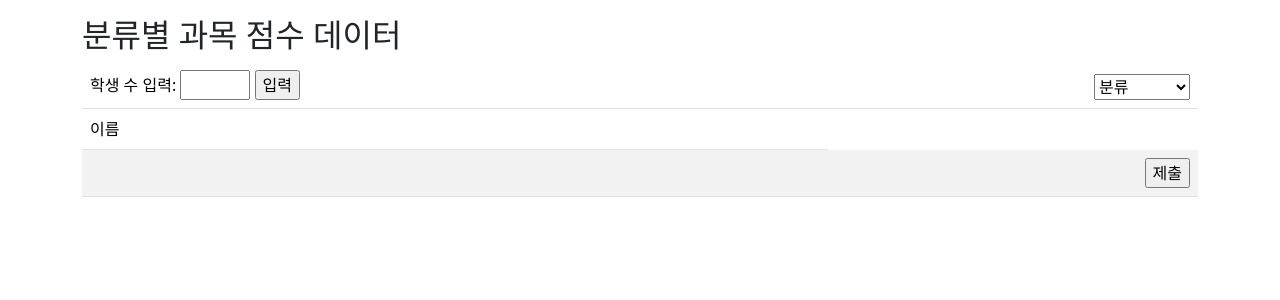
Repository: pshho/newJspProject
Page: http://localhost/JspProj/hwProject/categories
These files come from the project's save history. The page is drawn as it stood at one moment and after the next save; the edit follows.
The browser window is 1280 px wide. The pictures show the whole page.
The page is served by Tomcat 9. Other server files are loaded and not shown.

Above is the page before, as saved 2023-08-01 06:22:48.

### JspProj/src/main/webapp/hwProject/categories.jsp
<%@page import="java.util.Random"%>
<%@ page language="java" contentType="text/html; charset=UTF-8"
    pageEncoding="UTF-8"%>
<%@ taglib uri="http://java.sun.com/jsp/jstl/core" prefix="c" %>
<%@ taglib uri="http://java.sun.com/jsp/jstl/functions" prefix="fn" %>
<!-- 랜덤 점수 데이터 생성자 -->
<%! Random rd = new Random(); %>
<!DOCTYPE html>
<html>
<head>
<meta charset="UTF-8">
<title>분류별 과목 점수 데이터</title>
<link href="https://cdn.jsdelivr.net/npm/bootstrap@5.3.1/dist/css/bootstrap.min.css"
rel="stylesheet"
integrity="sha384-4bw+/aepP/YC94hEpVNVgiZdgIC5+VKNBQNGCHeKRQN+PtmoHDEXuppvnDJzQIu9"
crossorigin="anonymous">
<script src="https://cdn.jsdelivr.net/npm/bootstrap@5.3.1/dist/js/bootstrap.bundle.min.js"
integrity="sha384-HwwvtgBNo3bZJJLYd8oVXjrBZt8cqVSpeBNS5n7C8IVInixGAoxmnlMuBnhbgrkm"
crossorigin="anonymous"></script>
<script type="text/javascript">
	function categoriesChange(){
		let form = document.dataSet;
		let sel = form.sel.value;
		form.action="?";
		if(sel != '분류'){
			form.submit();
		}
	}
</script>
</head>
<body>
	<div class="container my-3">
		<h2>분류별 과목 점수 데이터</h2>
		<form action="/JspProj/hwProject/categoriesProcess" name="dataSet">
			<input type="hidden" name="selDis" value="등수"> <!-- 결과 출력 페이지에서 보일 정렬의 기본값 -->
			<table class="table table-striped">
				<thead>
					<tr>
						<!-- 학생 수 입력 받는 열 -->
						<td>
							<label for="namesCount">학생 수 입력: </label>
							<input type="number" name="namesCount" value="${ nameCount }" style="width: 70px;">
							<input type="submit" value="입력" onclick="categoriesChange()">
						</td>
						<!-- 카테고리 선택 -->
						<td colspan="${ fn:length(distinct) }" align="right">
							<select name="sel" onchange="categoriesChange()">
								<!-- 카테고리 목록 배열로 자신의 선택을 알게 함 -->
								<c:forEach items="${ categories }" var="category">
									<option <c:if test="${ category eq sel }" >selected</c:if>>${ category }</option>
								</c:forEach>
							</select>
						</td>
					</tr>
					<tr>
						<td>이름</td>
						<!-- 해당 카테고리의 과목 수에 따라 달라질 제목 수와 값 -->
						<c:forEach var="dis" items="${ distinct }">
							<td><input type="hidden" value="${ dis }" name="distinct">${ dis }</td>
						</c:forEach>
					</tr>
				</thead>
				<tbody>
					<!-- 랜덤 이름 데이터 for문으로 이름 수만큼 행 생성 -->
					<c:forEach begin="1" end="${ fn:length(names) }">
						<tr>
							<td><input type="text" name="name" style="width: 120px;"></td>
							<!-- 해당 카테고리만큼 과목 수에 따라 랜덤 점수 데이터 열 생성 및 대입 -->
							<c:forEach var="dis" items="${ distinct }">
								<td><input type="text" name="subjects"
									value="<%= rd.nextInt(50, 100) %>" style="width: 50%;"></td>
							</c:forEach>
						</tr>
					</c:forEach>
					<tr>
						<td colspan="${ fn:length(distinct) + 2 }" align="right">
							<input type="submit" value="제출" />
						</td>
					</tr>
				</tbody>
			</table>
		</form>
	</div>
</body>
</html>

### JspProj/src/main/java/JspProject/HwProject.java
package JspProject;

import java.io.IOException;
import java.util.ArrayList;
import java.util.Arrays;
import java.util.List;

import javax.servlet.RequestDispatcher;
import javax.servlet.ServletConfig;
import javax.servlet.ServletException;
import javax.servlet.annotation.WebServlet;
import javax.servlet.http.HttpServlet;
import javax.servlet.http.HttpServletRequest;
import javax.servlet.http.HttpServletResponse;

@WebServlet({"/hwProject/categories", "/hwProject/categoriesProcess"})
public class HwProject extends HttpServlet {
	private static final long serialVersionUID = 1L;

    public HwProject() {
        super();

        System.out.println("카테고리(직장인,일반학생,예체능학생 등) 별 점수 데이터 입력받아 분류하는 Servlet 생성자");
    }

	public void init(ServletConfig config) throws ServletException {
		super.init();

		System.out.println("HwProject Servlet의 init method 초기에 한 번 실행");
	}

	// Service - Get, Post를 통해 Java Class를 불러와 Client에게 Request 받은 데이터를 처리하고 JspPage에 전달하는 역할 등을 함
	protected void doGet(HttpServletRequest request, HttpServletResponse response) throws ServletException, IOException {
		// String root = request.getContextPath(); // 경로 확인

		// System.out.println(root);
		String uri = request.getRequestURI(); // 경로 확인
		String command = uri.substring(uri.lastIndexOf("/"));
		// System.out.println(uri);
		// System.out.println(command);

		// 서버 한글 인코딩
		request.setCharacterEncoding("utf-8");

		// forward 및 redirect 요청 페이지 변수
		String requestPage = null;

		// 요청받은 인자들(카테고리, 이름, 과목, 카테고리 별로 다른 과목을 받을 배열)
		String sel = null;
		String[] names = null;
		String[] categories = null;
		String[] distinct = null;
		String[] subjects = null;

		if(command.equals("/categories")) {
		    categories = "분류,직장인,예체능계열,일반계열".split(","); // 카테고리 분류 - 나중에 미리 저장된 데이터베이스나 Class와 연결 가능
		    sel = request.getParameter("sel"); // 개별 카테고리 이름
		    subjects = "국어,영어,수학,사탐,과탐,체육,음악,미술,가정".split(","); // 과목 분류 - 카테고리 분류와 마찬가지
		    String nameCount = request.getParameter("namesCount"); // 데이터 입력할 학생의 수

		    if (nameCount != null) {
		    	names = new String[Integer.parseInt(nameCount)]; // 입력받은 학생수만큼의 이름 데이터 배열
		    }

		    // 카테고리를 선택했을 때 달라질 과목을 새로운 배열에 담는 작업
		    if(sel != null && !(sel.equals("분류"))) {
		    	for(int i=0; i<categories.length; i++) {
		    		distinct = Arrays.copyOfRange(subjects, 0, i * 2 + 3);
		    		if(sel.equals(categories[i])) {
		    			break;
		    		}
		    	}
		    }

		    // Client에게 요청이 오면 데이터를 데이터베이스나 Class에서 가져와 전달하는 역할
		    // 혹은 필요한 경우 로직으로 데이터 처리 후 전달
		    request.setAttribute("categories", categories); // 카테고리 목록
		    request.setAttribute("distinct", distinct); // 카테고리 별 과목 수와 이름
		    request.setAttribute("names", names); // 이름들
		    request.setAttribute("nameCount", nameCount); // 학생수
			request.setAttribute("sel", sel); // 선택된 개별 카테고리

			requestPage = "categories.jsp"; // 초기 데이터 입력 페이지
		}

		if(command.equals("/categoriesProcess")) {
			categories = "등수,이름".split(","); // 데이터 출력 페이지의 정렬 카테고리
			String[] sels = request.getParameterValues("sel"); // 카테고리 배열
			String selDis = request.getParameter("selDis"); // 선택된 개별 카테고리
			names = request.getParameterValues("name"); // 이름들 데이터
			subjects = request.getParameterValues("subjects"); // 과목 점수(배열) 데이터
			distinct = request.getParameterValues("distinct"); // 선택된 개별 카테고리에 해당하는 과목 수와 이름
			String[] result = "총점,평균,등수,등급".split(","); // 출력을 통해 표시할 정보들
			// 초기에 만들어진 개별 카테고리별 과목과 result배열(총점, 평균, 등수, 등급)을 합친 새로운 카테고리 배열을 받아옴
			String[] iterDistinct = request.getParameterValues("newDistinct");
			// 초기에 만들어진 개별 카테고리별 과목과 categories(등수, 이름)을 합친 새로운 정렬 배열을 받아옴
			String[] iterCategories = request.getParameterValues("newCategories");

			// 개별 과목과 총점, 평균, 등수, 등급을 합친 하나의 배열
			List<String> newDistinct = new ArrayList<>();
			if(iterDistinct != null) {
				newDistinct.addAll(Arrays.asList(iterDistinct));
			}else {
				newDistinct.addAll(Arrays.asList(distinct));
				newDistinct.addAll(Arrays.asList(result));
			}

			// 과목별 순위, 전체 등수, 이름 등의 순서로 정렬하기 위한 하나의 배열
			List<String> newCategories = new ArrayList<>();
			if(iterCategories != null) {
				newCategories.addAll(Arrays.asList(iterCategories));
			}else {
				newCategories.addAll(Arrays.asList(categories));
				newCategories.addAll(Arrays.asList(distinct));
			}

			// Subject와 People을 상속받은 Category Class를 통해 이름, 점수, 카테고리 데이터를 받아와 처리
			Category[][] results = new Category[sels.length][names.length];

			// 미리 작성된 Category Class의 2차원 배열에 이름, 점수, 카테고리 데이터를 입력해 생성하는 작업
			for(int i=0; i<sels.length; i++) {
				for(int j=0; j<names.length; j++) {
					String[] sa = Arrays.copyOfRange(subjects, j*(newDistinct.size()-result.length), (j+1)*(newDistinct.size()-result.length));
					results[i][j] = new Category(sels[i], names[j], sa); // Category 2차원 배열 생성
					results[i][j].setNames(names[j]); // 이름 정렬을 위한 아스키 코드값 할당
				}
			}

			// 다 생성된 Category results의 2차원 배열에 등수를 정리하는 작업
			for(int i=0; i<sels.length; i++) {
				for(Category res : results[i]) {
					res.calcRank(results[i]); // 전체 과목 총점의 평균에 대한 등수
					res.calcSubRank(results[i]); // 개별 과목의 등수
				}
			}

			// 퀵정렬을 위한 생성자
			Category quick = new Category();
			quick.setCategories(newCategories); // 퀵정렬을 위한 정렬 배열 설정
			// 요청받은 정렬 카테고리에 따라 정렬하기 위한 for문
			for(int i=0; i<sels.length; i++) {
				quick.quickDistinct(0, names.length-1, selDis, results[i]);
			}

			// 이클립스에서 결과 확인을 위한 출력문
			for(int i=0; i<sels.length; i++) {
				for(Category cat:results[i]) {
					System.out.println(cat);
				}
				System.out.println();
			}

			for(int i=0; i<newCategories.size(); i++) {
				System.out.print(quick.getCategories().get(i) + " ");
			}

			request.setAttribute("newCategories", newCategories); // 출력 페이지의 정렬 카테고리(이름, 전체 등수, 과목별 등수)
			request.setAttribute("results", results); // Category Class로 정리된 실제 데이터
			// 입력 페이지에서 받아온 선택된 개별 카테고리의 과목 수와 이름
			// 출력 페이지에 추가로 제공할 카테고리(총점, 평균, 등수, 등급)
			request.setAttribute("newDistinct", newDistinct);
			request.setAttribute("category", sels); // 선택된 개별 카테고리(직장인, 예체능계, 일반계)
			request.setAttribute("selDis", selDis); // 정렬 카테고리 값을 받아와 실제 데이터 정렬 순서를 변경시키기 위함

			requestPage = "categoriesProcess.jsp";
		}

		// System.out.println(requestPage);

		// Client에 의해 요청된 url로부터 실제 입력 및 출력 Page로 전달하기 위한 객체
		RequestDispatcher dispatcher = request.getRequestDispatcher(requestPage);
		dispatcher.forward(request, response);
	}

	protected void doPost(HttpServletRequest request, HttpServletResponse response) throws ServletException, IOException {
		doGet(request, response);
	}

	public void destroy() {
		super.destroy();

		System.out.println("HwProject Servlet 종료(destory)");
	}
}

After the next save:
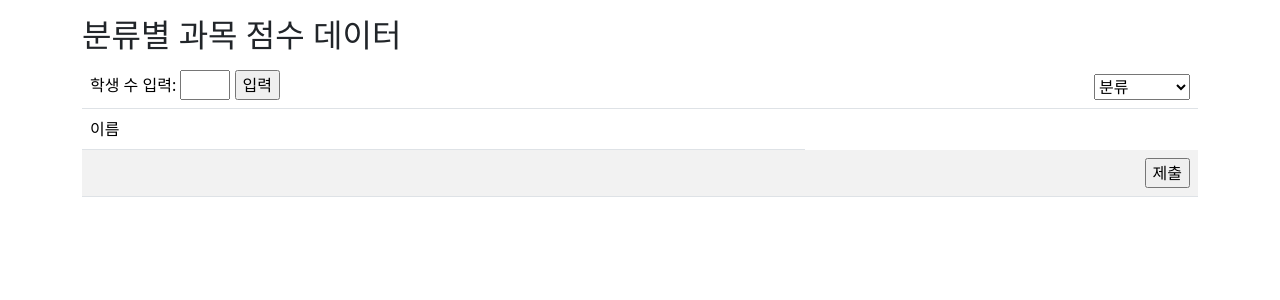
Saved 16 s later.
--- a/JspProj/src/main/webapp/hwProject/categories.jsp
+++ b/JspProj/src/main/webapp/hwProject/categories.jsp
@@ -39,7 +39,7 @@ crossorigin="anonymous"></script>
 						<!-- 학생 수 입력 받는 열 -->
 						<td>
 							<label for="namesCount">학생 수 입력: </label>
-							<input type="number" name="namesCount" value="${ nameCount }" style="width: 70px;">
+							<input type="number" name="namesCount" value="${ nameCount }" style="width: 50px;">
 							<input type="submit" value="입력" onclick="categoriesChange()">
 						</td>
 						<!-- 카테고리 선택 -->
